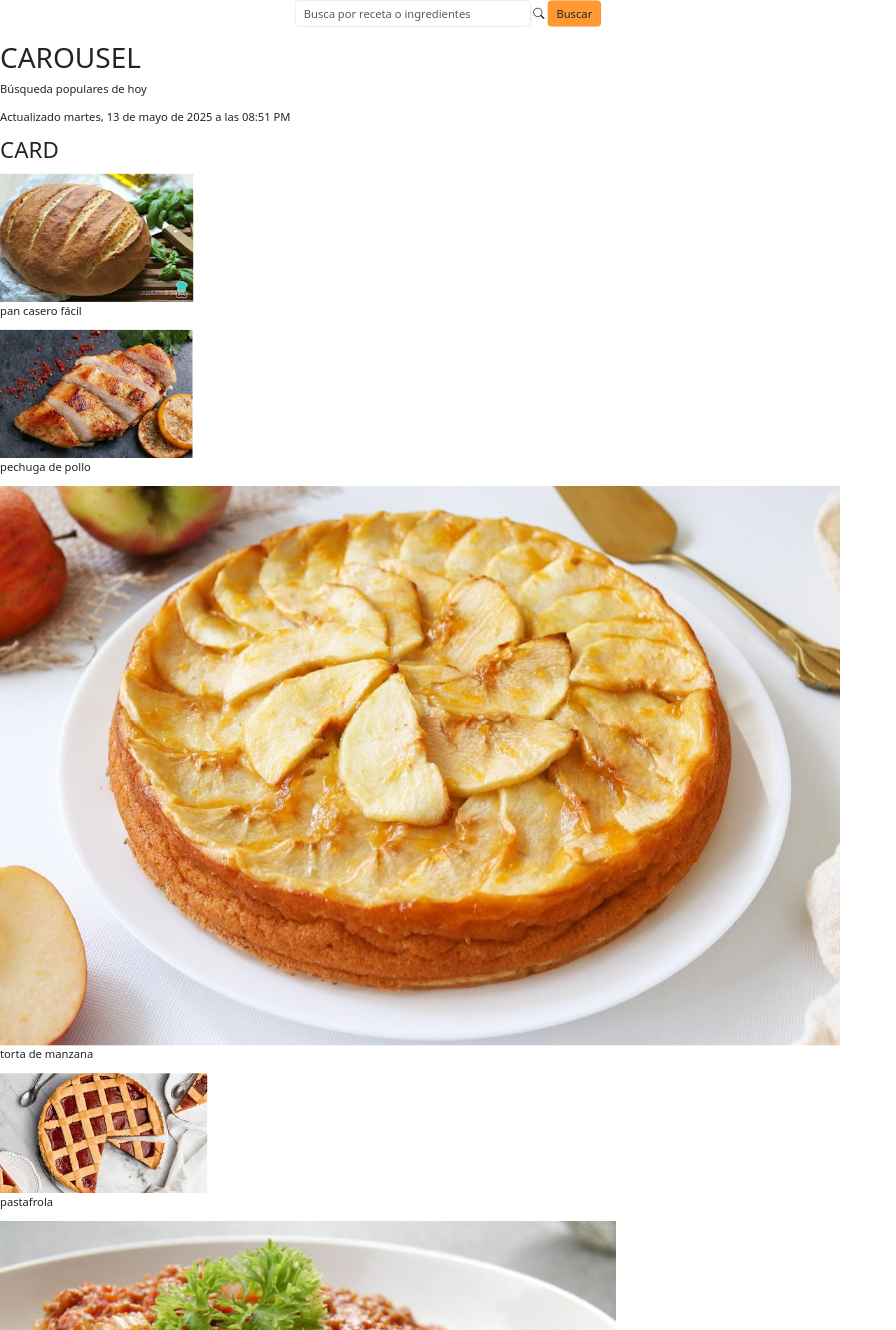
Repository: lucasp3113/coockpad
Page: index.html
An editor plug-in stored every save of this project. The page is shown before and after the next save, followed by the edit.
The browser window is 1280 px wide. The pictures show the part of the page from y = 336 to 2236 px (the page is 3670 px tall), at 70% of full size.
A picture or video elsewhere on the page could not be fetched, so the positions and the page height are approximate.

Above is the page before, as saved 2025-05-15 12:14:25.

### index.html
<!DOCTYPE html>
<html lang="es">
<head>
    <meta charset="UTF-8" />
    <meta name="viewport" content="width=device-width, initial-scale=1.0" />
    <title>cookpad</title>
    <link href="https://cdn.jsdelivr.net/npm/bootstrap@5.3.6/dist/css/bootstrap.min.css" rel="stylesheet" integrity="sha384-4Q6Gf2aSP4eDXB8Miphtr37CMZZQ5oXLH2yaXMJ2w8e2ZtHTl7GptT4jmndRuHDT" crossorigin="anonymous">
    <script src="https://cdn.jsdelivr.net/npm/bootstrap@5.3.6/dist/js/bootstrap.bundle.min.js" integrity="sha384-j1CDi7MgGQ12Z7Qab0qlWQ/Qqz24Gc6BM0thvEMVjHnfYGF0rmFCozFSxQBxwHKO" crossorigin="anonymous"></script>
    <link rel="stylesheet" href="https://cdn.jsdelivr.net/npm/bootstrap-icons@1.11.1/font/bootstrap-icons.css">
    <link rel="stylesheet" href="style.css"/>
</head>
<body>
    <header class="d-flex flex-row d-flex justify-content-center d-flex align-items-center m-3">
        <img src="logo_coockpad.png" alt="" />
        <h1>cookpad</h1>
    </header>
    <nav class="d-flex flex-row d-flex justify-content-center d-flex align-items-center m-3">
        <input type="text" class="form-control m-1 w-27" placeholder="Busca por receta o ingredientes"/>
        <i class="bi bi-search"></i>
        <button type="submit" class="btn btn-orange m-1">Buscar</button>
    </nav>
    <main>
        <section>
            <h1>CAROUSEL</h1>
        </section>
        <article>
            <p>Búsqueda populares de hoy</p>
            <p>Actualizado martes, 13 de mayo de 2025 a las 08:51  PM</p>
        </article>
        <section>
            <section>
                <figure>
                    <h2>CARD</h2>
                </figure>
                <figure>
                    <img src="pan.png" alt="" />
                    <p>pan casero fácil</p>
                </figure>
                <figure>
                    <img src="pechuga.png" alt="" />
                    <p>pechuga de pollo</p>
                </figure>
                <figure>
                    <img src="tarta-de-manzana.png" alt="" />
                    <p>torta de manzana</p>
                </figure>
            </div>
            </section>
            <section>
                <figure>
                    <img src="pastaflora.png" alt="" />
                    <p>pastafrola</p>
                </figure>
                <figure>
                    <img src="fideos.jpg" alt="" />
                    <p>fideos caseros</p>
                </figure>
                <figure>
                    <img src="panqueques.jpeg" alt="" />
                    <p>panqueques para canelones</p>
                </figure>
                <figure>
                    <img src="locro.png" alt="" />
                    <p>locro argentino</p>
                </figure>
            </section>
        </section>
    </main>
</body>
</html>

### style.css
.btn-orange{
    background-color: rgb(255, 153, 51);

}

.w-27{
    width: 27%;
}

After the next save:
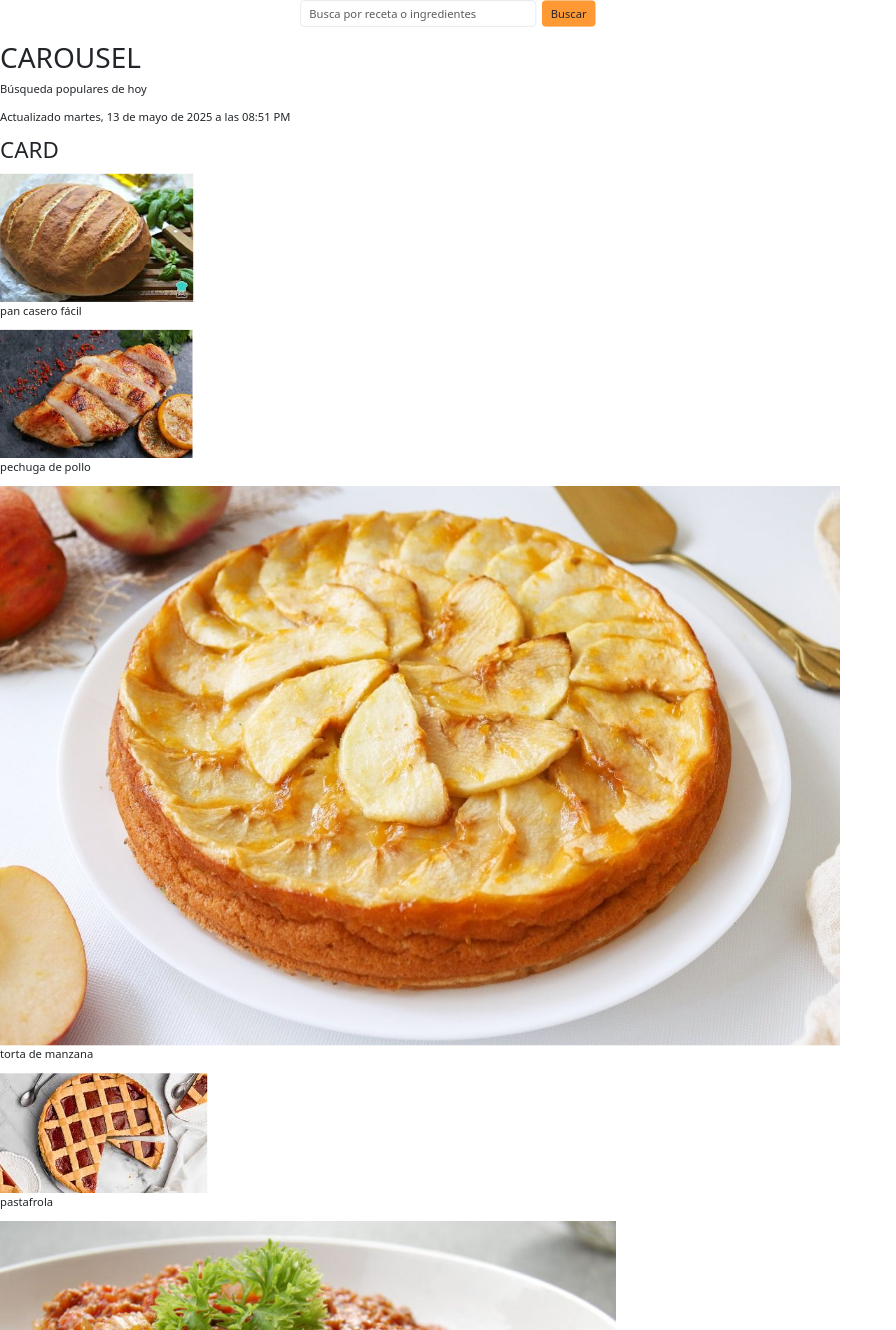
Saved 7 s later.
--- a/index.html
+++ b/index.html
@@ -16,7 +16,6 @@
     </header>
     <nav class="d-flex flex-row d-flex justify-content-center d-flex align-items-center m-3">
         <input type="text" class="form-control m-1 w-27" placeholder="Busca por receta o ingredientes"/>
-        <i class="bi bi-search"></i>
         <button type="submit" class="btn btn-orange m-1">Buscar</button>
     </nav>
     <main>
